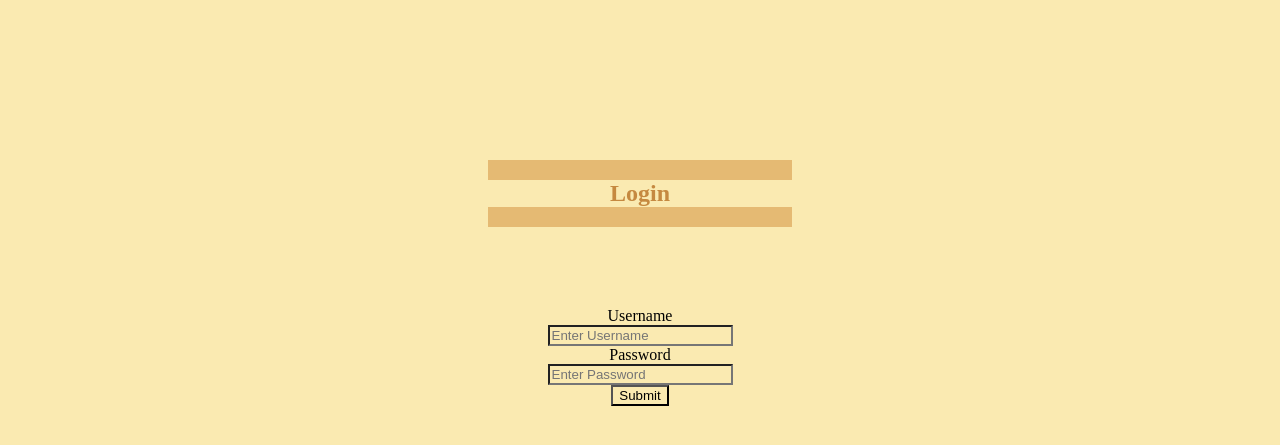
Repository: Shivamkr522/Contact_Us_Page
Page: http://localhost/ContactUs/login.jsp
These files come from the project's save history. The page is drawn as it stood at one moment and after the next save; the edit follows.
The browser window is 1280 px wide. The pictures show the whole page.
The page is served by Tomcat 9. Other server files are loaded and not shown.

Above is the page before, as saved 2022-12-11 13:17:06.

### ContactUs/src/main/webapp/login.jsp
<%@ page language="java" contentType="text/html; charset=UTF-8"
    pageEncoding="UTF-8"%>
 <%@ taglib prefix="c" uri="http://java.sun.com/jsp/jstl/core"%>
<!DOCTYPE html>
<html>
<head>
<meta charset="UTF-8">
<title>Login</title>
<link rel="stylesheet" href="login.css">

</head>
<body>
	<div id="login-box">
		<h2>Login</h2>
		<form action="login" method="post">
			<label for="user-name">Username</label>
			<br>
			<input type="text" name="username" id="user" placeholder="Enter Username">
			<br>
			<label for="password">Password</label>
			<br>
			<input type="password" name="password" id="pass" placeholder="Enter Password">
			<br>
			<button>Submit</button>
		</form>
	</div>
</body>
</html>

### ContactUs/src/main/webapp/login.css
@charset "UTF-8";

*{
	background-color: #FAEAB1;
}

h2{
	text-align: center;
	color: #C58940;
}

form{
	text-align: center;
	padding: 5rem 0;
}

#login-box{
	display: flex;
	flex-direction: column;
	background-color: #E5BA73;
	margin: 10rem 30rem;
}

After the next save:
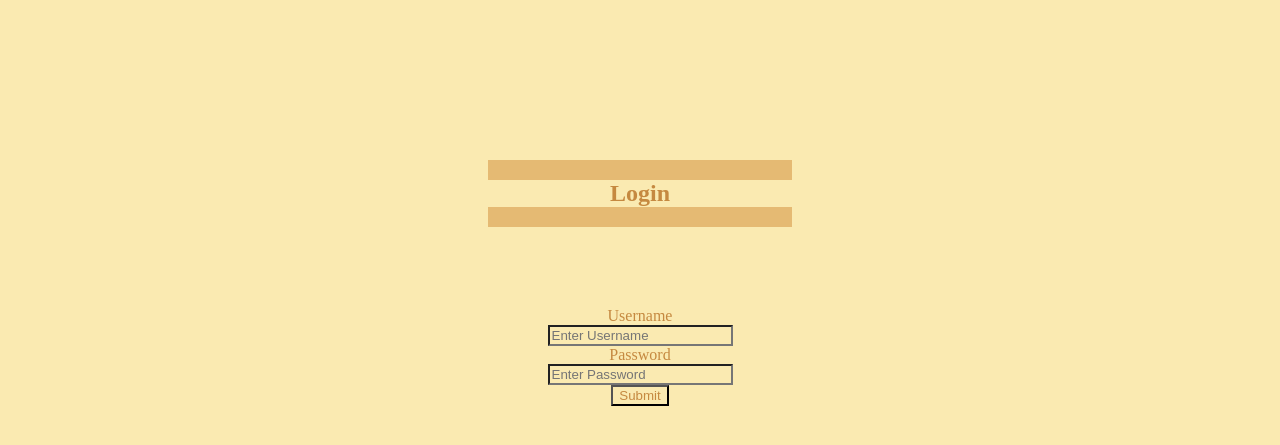
Saved 19 s later.
--- a/ContactUs/src/main/webapp/login.css
+++ b/ContactUs/src/main/webapp/login.css
@@ -2,6 +2,7 @@
 
 *{
 	background-color: #FAEAB1;
+	color: #C58940;
 }
 
 h2{

After the save that followed:
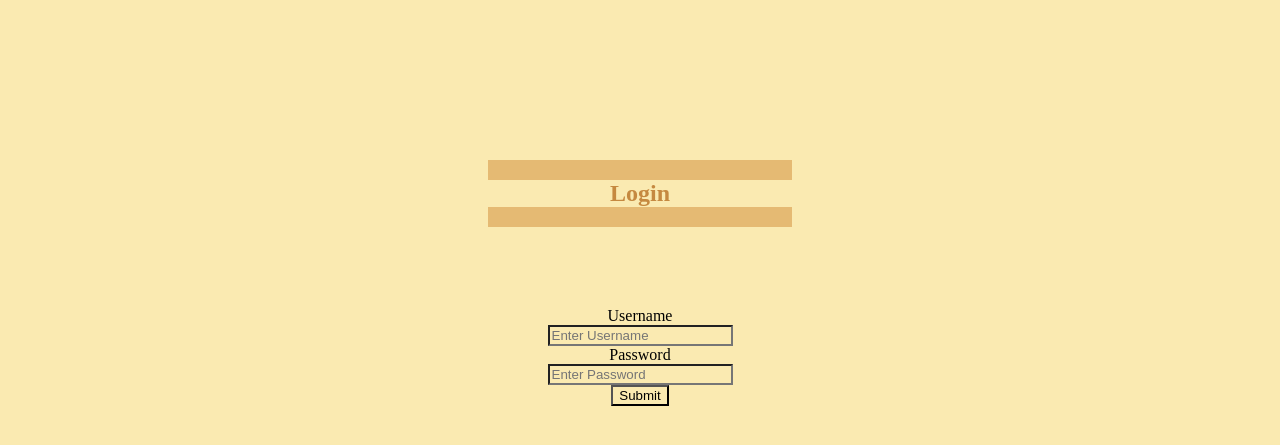
Saved 9 s later.
--- a/ContactUs/src/main/webapp/login.css
+++ b/ContactUs/src/main/webapp/login.css
@@ -2,7 +2,7 @@
 
 *{
 	background-color: #FAEAB1;
-	color: #C58940;
+
 }
 
 h2{
